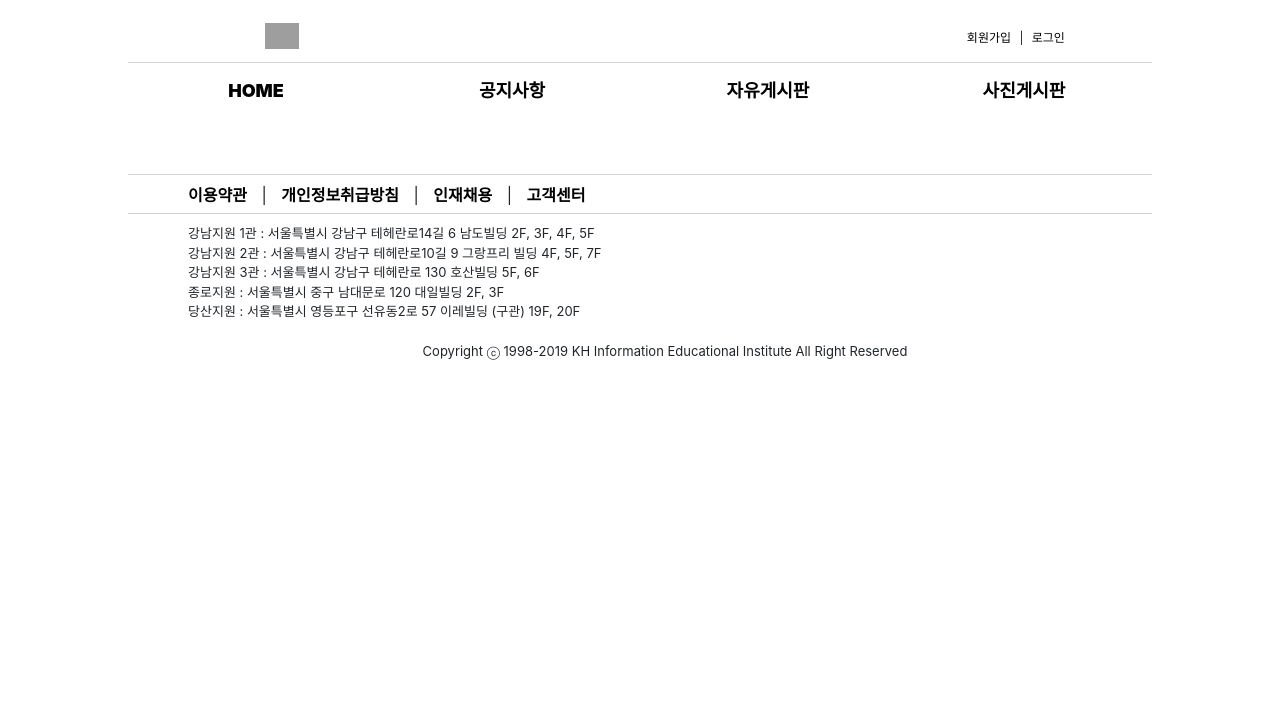
Repository: alsrnr45/SpringStudying
Page: http://localhost/springProject/
The author's editor kept a copy of each file at every save. The page is drawn from the files as they stood at one save, then again after the next save.
The browser window is 1280 px wide. The pictures show the whole page.
Pictures or frames that could not be fetched are drawn as grey boxes. The page is served by Tomcat 9. Nobody is signed in. The application's start-up code is not run.

Above is the page before, as saved 2021-05-26 01:02:04.

After the next save:
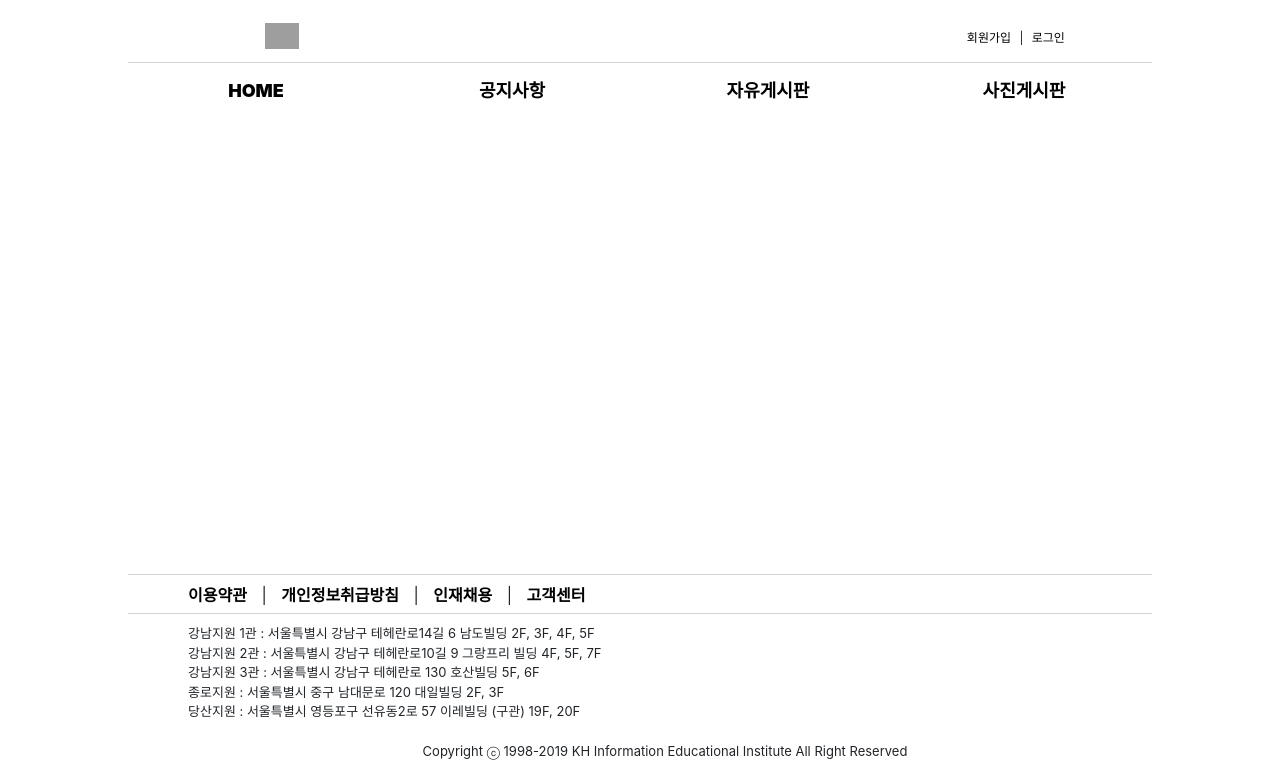
Saved 2 min 0 s later.
--- a/springProject/src/main/webapp/WEB-INF/views/main.jsp
+++ b/springProject/src/main/webapp/WEB-INF/views/main.jsp
@@ -10,7 +10,9 @@
 <body>
 	<jsp:include page="common/header.jsp" />
 
+	<div class="" style="height:400px">
 
+	</div>
 
 
 
